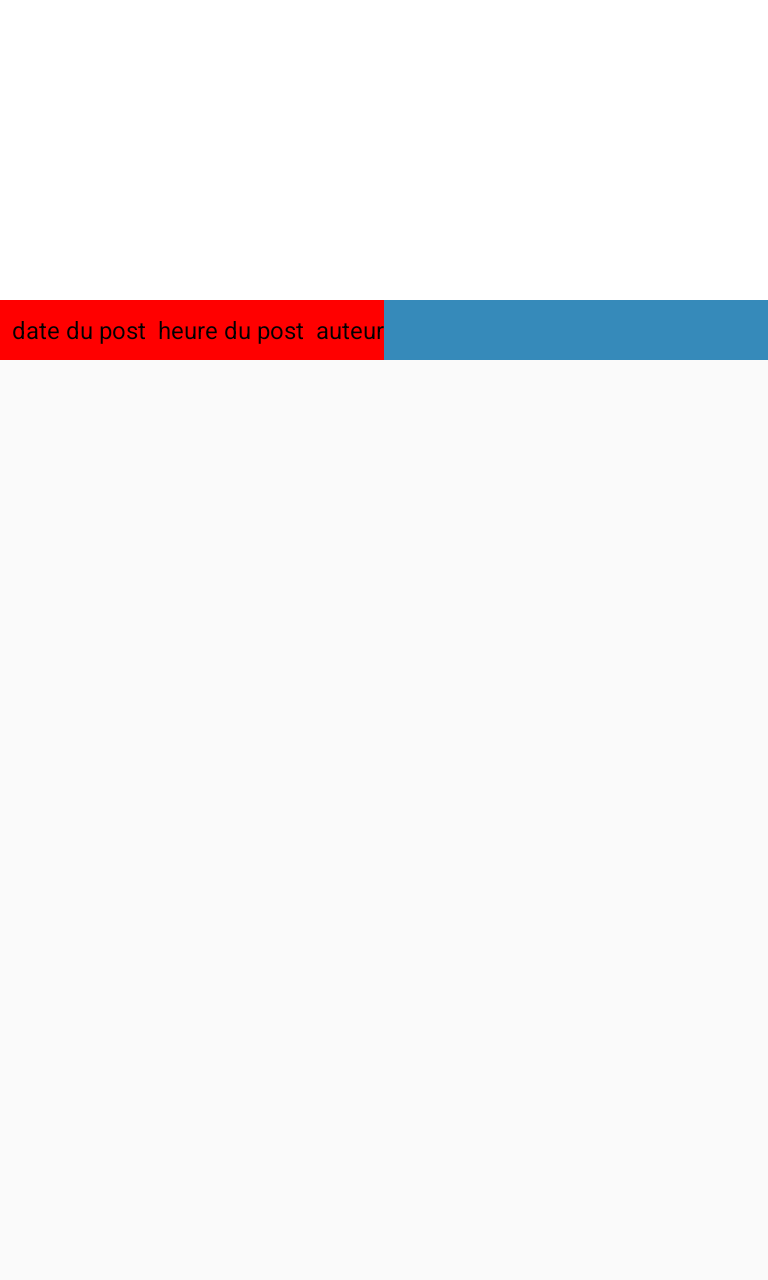
Repository: pierrealexvezinet/excusedemerde
Layout: edm/res/layout/edm_textview_layout.xml
These files come from the project's save history. The layout is drawn as it stood at one moment and after the next save; the edit follows.
It is drawn on a 768 x 1280 px phone screen (xhdpi) without system bars, with theme Theme.AppCompat.Light; the app's code is not run.

Above is the layout before, as saved 2014-02-16 21:18:31.

### edm/res/layout/edm_textview_layout.xml
<?xml version="1.0" encoding="utf-8"?>
<LinearLayout xmlns:android="http://schemas.android.com/apk/res/android"
    android:id="@+id/edm_accueil_llt"
    android:layout_width="match_parent"
    android:layout_height="match_parent"
    android:orientation="vertical" >

    <RelativeLayout
        android:layout_width="match_parent"
        android:layout_height="150dp"
        android:background="@color/edm_blue_dark_background"
        android:orientation="vertical" >

        <TextView
            android:id="@+id/tv_edm_post"
            android:layout_width="match_parent"
            android:layout_height="match_parent"
            android:background="#FFFFFF"
            android:gravity="center_vertical"
            android:minHeight="?android:attr/listPreferredItemHeight"
            android:paddingLeft="6dip"
            android:textSize="12sp"
            android:textColor="#000000"
            android:textAppearance="?android:attr/textAppearanceLarge"
             />
    </RelativeLayout>

    <RelativeLayout
        android:layout_width="match_parent"
        android:layout_height="30dp"
        android:background="@color/btn_forum_color"
        android:orientation="vertical"
       >

        <RelativeLayout
		    android:layout_width="match_parent"
		    android:layout_height="match_parent"
		    android:background="@color/edm_blue_dark_background"
		      android:gravity="left">

        <TextView
            android:background="#ff0000"
            android:text="date du post"
            android:id="@+id/tv_edm_post_date"
            android:layout_width="wrap_content"
            android:layout_height="fill_parent"
            android:gravity="center"
            android:minHeight="?android:attr/listPreferredItemHeight"
            android:paddingLeft="6dip"
            android:textSize="12sp"
            android:textAppearance="?android:attr/textAppearanceLarge"
            android:textColor="#000000" />

        <TextView
            android:background="#ff0000"
            android:text="heure du post"
            android:id="@+id/tv_edm_post_hour"
            android:layout_width="wrap_content"
            android:layout_height="fill_parent"
            android:layout_toRightOf="@id/tv_edm_post_date"
            android:gravity="center_vertical"
            android:minHeight="?android:attr/listPreferredItemHeight"
            android:paddingLeft="6dip"
            android:textAppearance="?android:attr/textAppearanceLarge"
            android:textSize="12sp"
            android:textColor="#000000" />

        <TextView
            android:background="#ff0000"
            android:text="auteur"
            android:id="@+id/tv_edm_post_auteur"
            android:layout_width="wrap_content"
            android:layout_height="fill_parent"
            android:layout_toRightOf="@+id/tv_edm_post_hour"
            android:gravity="center_vertical"
            android:minHeight="?android:attr/listPreferredItemHeight"
            android:paddingLeft="6dip"
            android:textSize="12sp"
            android:textAppearance="?android:attr/textAppearanceLarge"
            android:textColor="#000000"/>

        </RelativeLayout>
    </RelativeLayout>

</LinearLayout>

### edm/res/values/colors.xml
<?xml version="1.0" encoding="utf-8"?>
<resources>

    <color name="edm_blue_background" >#AAD2E9</color>
    <color name="edm_blue_dark_background">#368ABA</color>
    <color name="btn_accueil_color">#D98E20</color>
    <color name="btn_forum_color">#97AC72</color>
    <color name="btn_shopping_color">#EA877B</color>
    <color name="btn_account_color">#D0AEC6</color>
    <color name="btn_pipotek_color">#C6CAFB</color>
    <color name="btn_parametres_color">#B877D6</color>


    <color name="bg_start">#000000</color>
    <color name="bg_end">#293436</color>
    <color name="bg_mentions_start">#529d07</color>
    <color name="bg_mentions_end">#d3ff00</color>
    <color name="bg">#FFF</color>
    <color name="bg_dialog">#adadad</color>
    <color name="catalog_titlebar_background">#60ab21</color>
    <color name="reduction_titlebar_background">#60ab21</color>
    <color name="menu_background">#FFF</color>
    <color name="menu_background_selected">#888</color>
    <color name="bg_selectedcell">#3C3A3A</color>
    <color name="bt_text">#352a26</color>
    <color name="text_info">#999999</color>
    <color name="text_green">#ADCB10</color>
    <color name="text_black">#000000</color>
    <color name="text_lightgrey">#989898</color>
    <color name="text_grey">#888888</color>
    <color name="blanc">#FFFFFF</color>
    <color name="white">#FFFFFF</color>
    <color name="debug">#33FF0000</color>
    <color name="debug2">#3300FF00</color>
    <color name="translucent_black">#AA000000</color>
    <color name="transparent">#00000000</color>
    <color name="pink">#D3007E</color>
    <color name="red">#F00</color>
    <color name="background">#88000000</color>
    <color name="pense_bete_text">#000000</color>
    <color name="my_list_parent_text">#181947</color>
    <color name="edm_green">#83af0b</color>
    <color name="edm_green_tap">#9eca32</color>
    <color name="edm_green_translucent">#CC83af0b</color>
    <color name="edm_green_translucent_tap">#CC9eca32</color>
    <color name="edm_pink">#cb0081</color>
    <color name="edm_pink_tap">#FF82C6</color>
    <color name="edm_pink_translucent">#CCcb0081</color>
    <color name="edm_pink_translucent_tap">#CCFF82C6</color>
    <color name="edm_white_translucent">#CCFFFFFF</color>
    <color name="edm_black_translucent">#CC000000</color>
    <color name="edm_grey_solid">#6f6d6d</color>
    <color name="edm_orange">#ff6c00</color>
    <color name="edm_light_orange">#ff912C</color>
    <color name="edm_white_cream">#efeae8</color>
    <color name="edm_cream_button">#f2eeec</color>
    <color name="edm_light_grey">#ccc2be</color>
    <color name="edm_black">#181947</color>
    <color name="edm_dark_grey">#a5918a</color>
    <color name="edm_dark_grey_translucent">#CCa5918a</color>
    <color name="edm_button_gray_text">#a5918a</color>
    <color name="edm_button_gray_background">#CCefeae8</color>
    <color name="edm_button_gray_deactivated_text">#efeae8</color>
    <color name="edm_button_gray_deactivated_background">#CCffffff</color>

</resources>

After the next save:
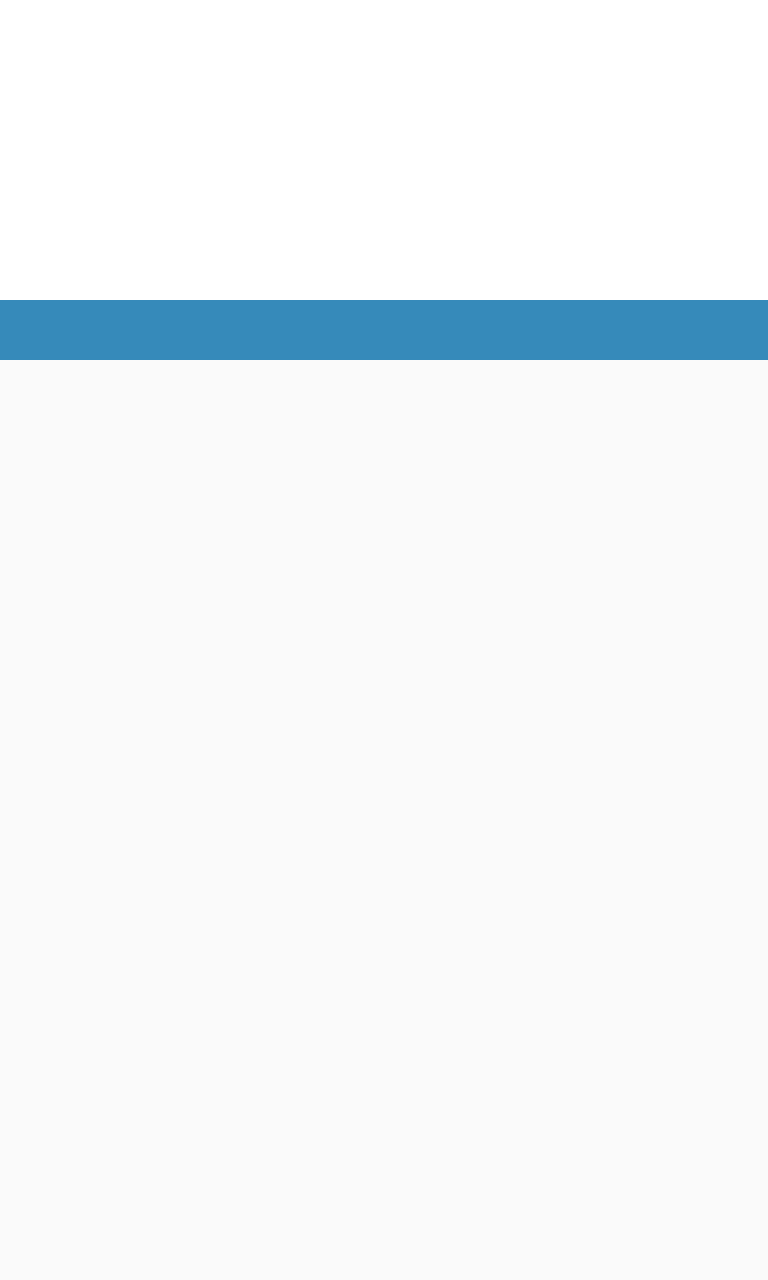
Saved 13 min 58 s later.
--- a/edm/res/layout/edm_textview_layout.xml
+++ b/edm/res/layout/edm_textview_layout.xml
@@ -36,11 +36,9 @@
 		    android:layout_width="match_parent"
 		    android:layout_height="match_parent"
 		    android:background="@color/edm_blue_dark_background"
-		      android:gravity="left">
+		      android:gravity="center">
 
         <TextView
-            android:background="#ff0000"
-            android:text="date du post"
             android:id="@+id/tv_edm_post_date"
             android:layout_width="wrap_content"
             android:layout_height="fill_parent"
@@ -52,8 +50,6 @@
             android:textColor="#000000" />
 
         <TextView
-            android:background="#ff0000"
-            android:text="heure du post"
             android:id="@+id/tv_edm_post_hour"
             android:layout_width="wrap_content"
             android:layout_height="fill_parent"
@@ -66,8 +62,6 @@
             android:textColor="#000000" />
 
         <TextView
-            android:background="#ff0000"
-            android:text="auteur"
             android:id="@+id/tv_edm_post_auteur"
             android:layout_width="wrap_content"
             android:layout_height="fill_parent"
